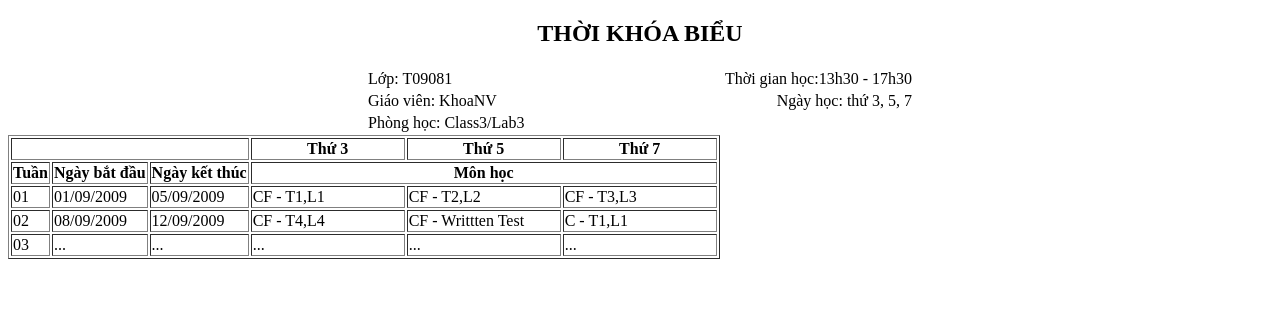
Repository: Lehuyhuynh/BT1-HTML
Page: index.html
These files come from the project's save history. The page is drawn as it stood at one moment and after a run of saves; the edit follows.
The browser window is 1280 px wide. The pictures show the whole page.

Above is the page before, as saved 2023-08-06 22:06:33.

### index.html
<!DOCTYPE html>
<html lang="en">
<head>
  <meta charset="UTF-8">
  <meta name="viewport" content="width=device-width, initial-scale=1.0">
  <title>THỜI KHÓA BIỂU</title>

  <style>

    h2{
      text-align: center;
    }
    #table1{
      width: 550px;
    margin-left: auto;
    margin-right: auto;
    }
    /* #table2{
      width: 700px;
    display: block;
    margin-left: auto;
    margin-right: auto;
    } */
    /* tr,th,td{
      height: 20px;
    } */
    #rank{
      width: 150px;
    }
    #week{
      pudding
    }

  </style>

</head>
<body>

  <div >

    <div>
      <h2> THỜI KHÓA BIỂU</h2>
    </div>

    <div>
      <table id="table1">
          <tr>
              <td align="left">Lớp: T09081</td>
              <td align="right">Thời gian học:13h30 - 17h30</td>
          </tr>
          <tr>
              <td align="left">Giáo viên: KhoaNV</td>
              <td align="right">Ngày học: thứ 3, 5, 7 </td>
          </tr>
          <tr>
              <td align="left">Phòng học: Class3/Lab3</td>
          </tr>
      </table>
  </div>

    <div id="table2">
      <table border="1">
        <thead>

          <tr>
            <th colspan="3"></th>
            <th id="rank" >Thứ 3</th>
            <th id="rank">Thứ 5</th>
            <th id="rank">Thứ 7</th>
          </tr>

          <tr>
            <th id="week">Tuần</th>
            <th id="extended-time">Ngày bắt đầu</th>
            <th id="extended-time">Ngày kết thúc</th>
            <th colspan="3">Môn học</th>
          </tr>

        </thead>

        <tr>
          <td>01</td>
          <td>01/09/2009</td>
          <td>05/09/2009</td>
          <td >CF - T1,L1</td>
          <td>CF - T2,L2</td>
          <td>CF - T3,L3</td>
        </tr>

        <tr>
          <td>02</td>
          <td>08/09/2009</td>
          <td>12/09/2009</td>
          <td>CF - T4,L4</td>
          <td>CF - Writtten Test</td>
          <td>C - T1,L1</td>
        </tr>

        <tr>
          <td>03</td>
          <td>...</td>
          <td>...</td>
          <td>...</td>
          <td>...</td>
          <td>...</td>
        </tr>

      </table>
    </div>


  </div>

</body>
</html>

After the next 5 saves:
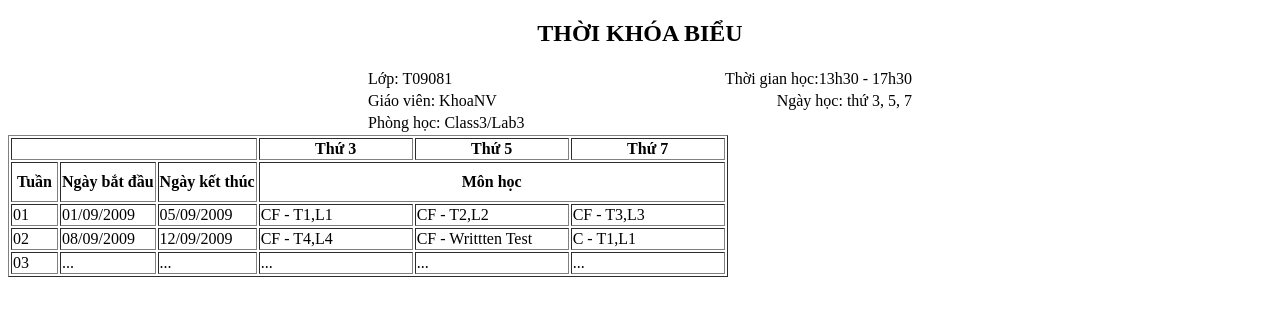
The 5 saves are shown as one change because they came seconds apart.
The last was saved 13 s later.
--- a/index.html
+++ b/index.html
@@ -28,7 +28,7 @@
       width: 150px;
     }
     #week{
-      pudding
+      padding: 10px 5px;
     }
 
   </style>
